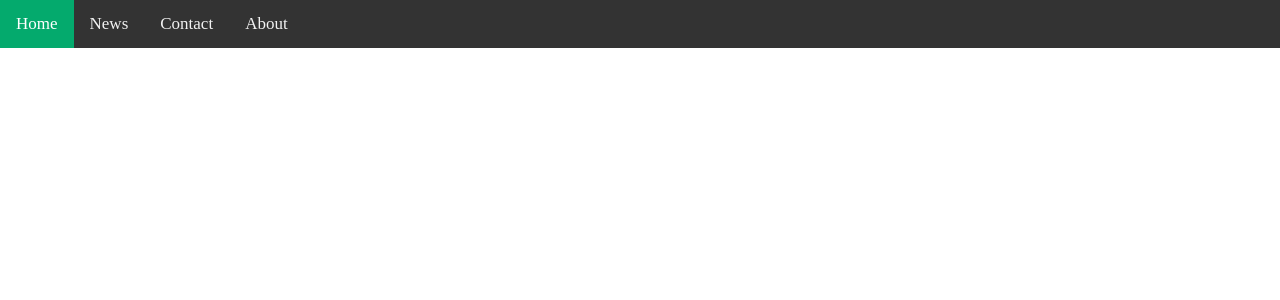
Repository: mcleanka/gym-management-system
Page: index.html
The author's editor kept a copy of each file at every save. The page is drawn from the files as they stood at one save, then again after the next save.
The browser window is 1280 px wide. The pictures show the whole page.

Above is the page before, as saved 2022-07-01 16:35:17.

After the next save:
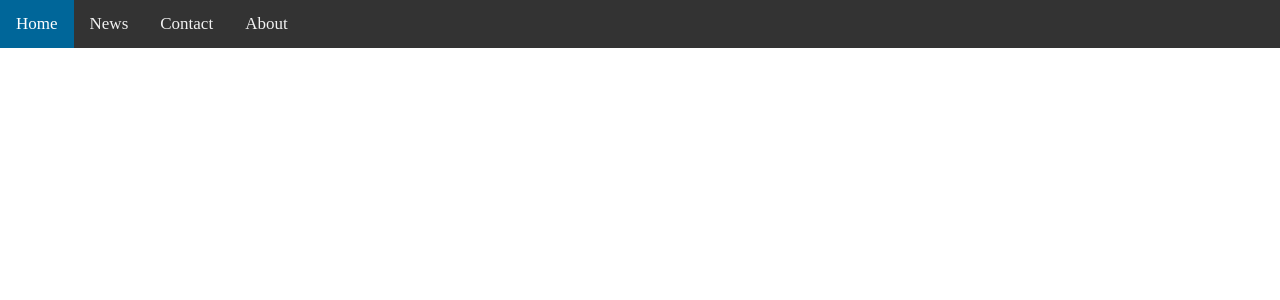
Saved 37 s later.
--- a/css/style.css
+++ b/css/style.css
@@ -28,7 +28,7 @@
 
 /* Add an active class to highlight the current page */
 .topnav a.active {
-	background-color: #04AA6D;
+	background-color: #006699;
 	color: white;
 }
 
